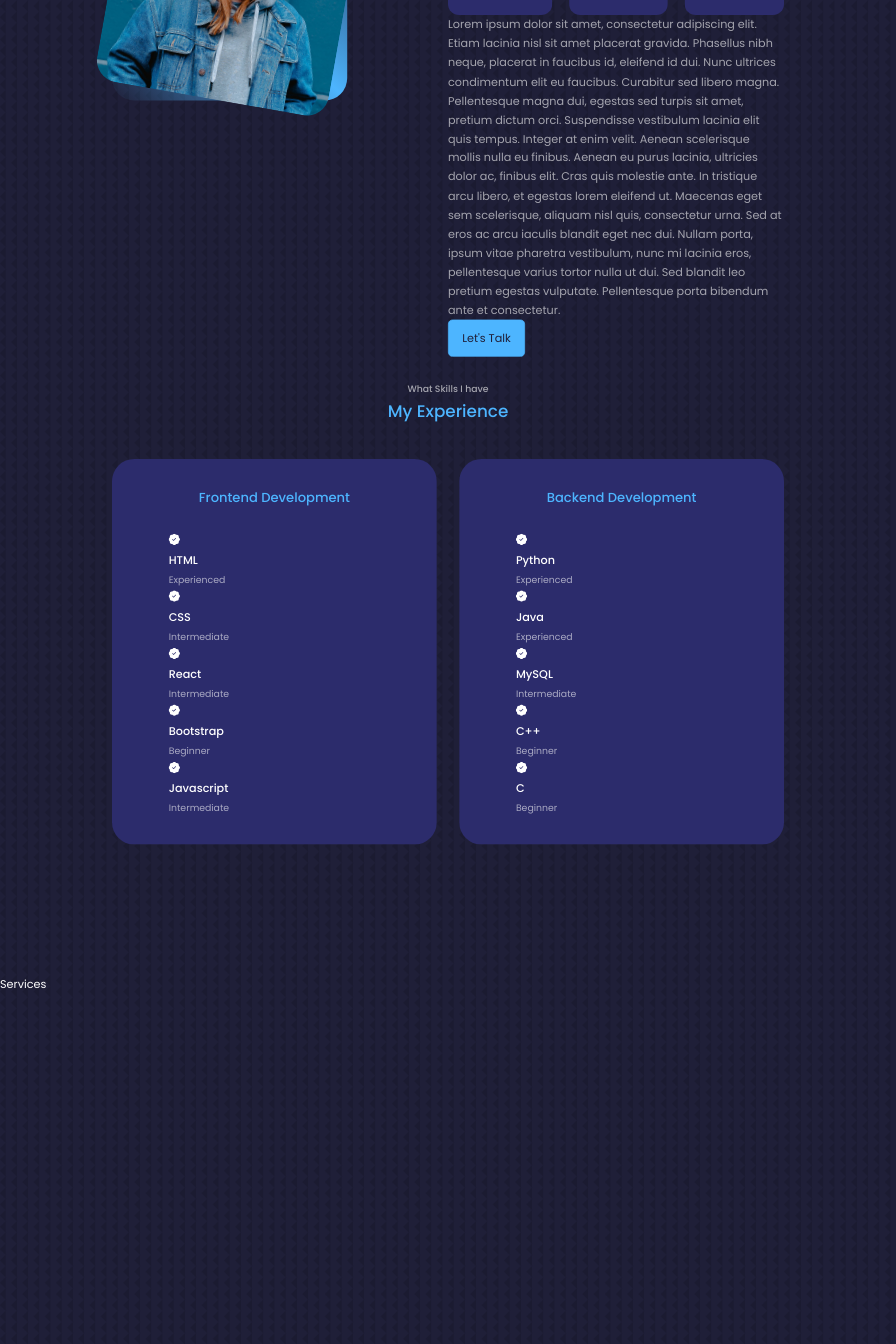
Repository: smallchungus/resumeWebsite
Page: / (app in hello/)
An editor plug-in stored every save of this project. The page is shown before and after the next save, followed by the edit.
The browser window is 1280 px wide. The pictures show the part of the page from y = 1151 to 3071 px (the page is 5835 px tall), at 70% of full size.
The project was rebuilt for these pictures with package versions that can differ from the ones it lists, and the page was loaded fresh each time. Also part of the build but not shown: hello/src/components/portfolio/portfolio.css, hello/src/components/contact/contact.css, hello/src/components/footer/footer.css. Imported but missing from the stored project, and not drawn on this page: hello/src/assets/cv.pdf.

Above is the page before, as saved 2023-03-23 19:07:59.

After the next save:
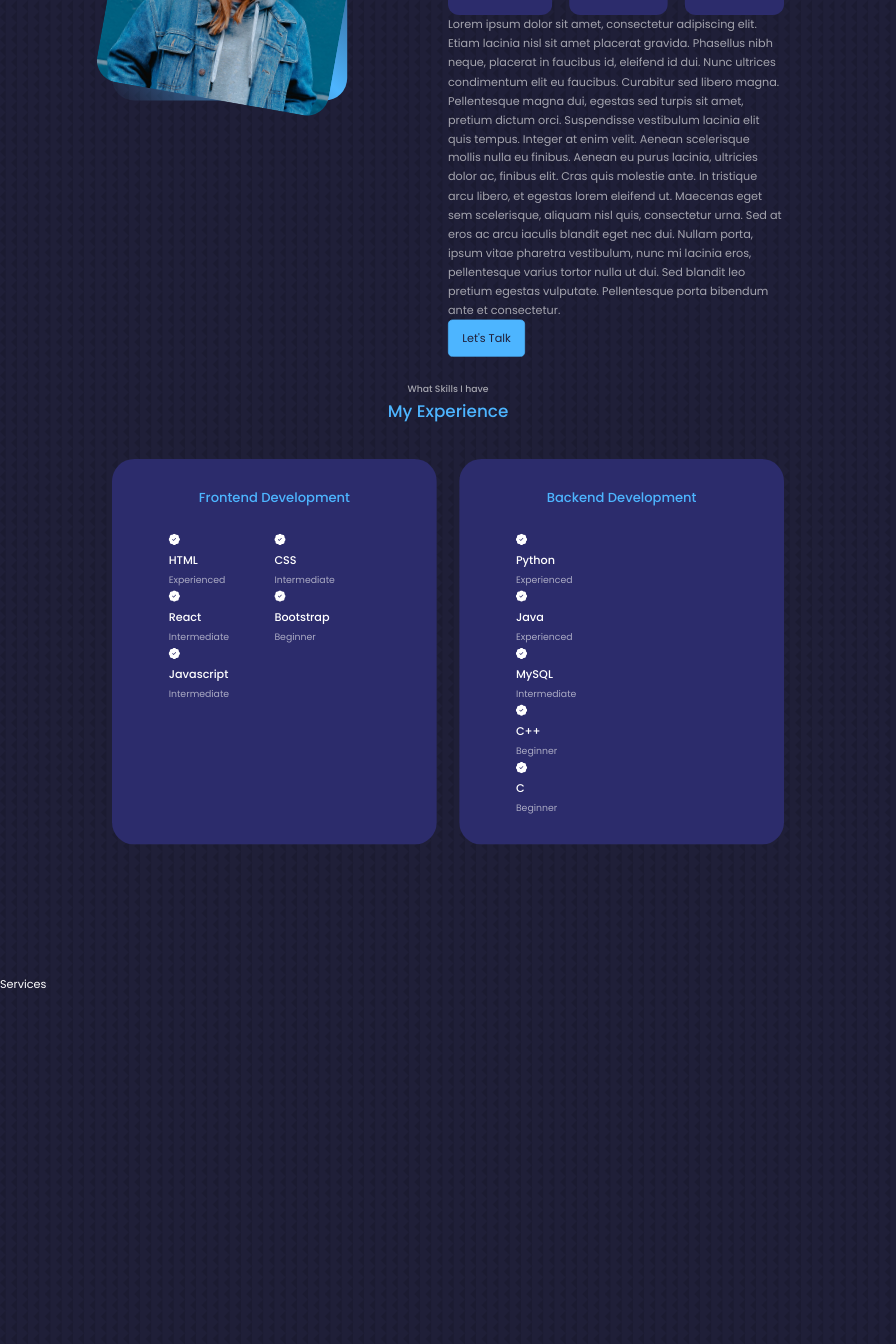
Saved 7 s later.
--- a/hello/src/components/experience/experience.css
+++ b/hello/src/components/experience/experience.css
@@ -26,6 +26,7 @@
 
 .experience_content {
     display: grid;
+    grid-template-columns: 1fr 1fr;
 
 
 }
